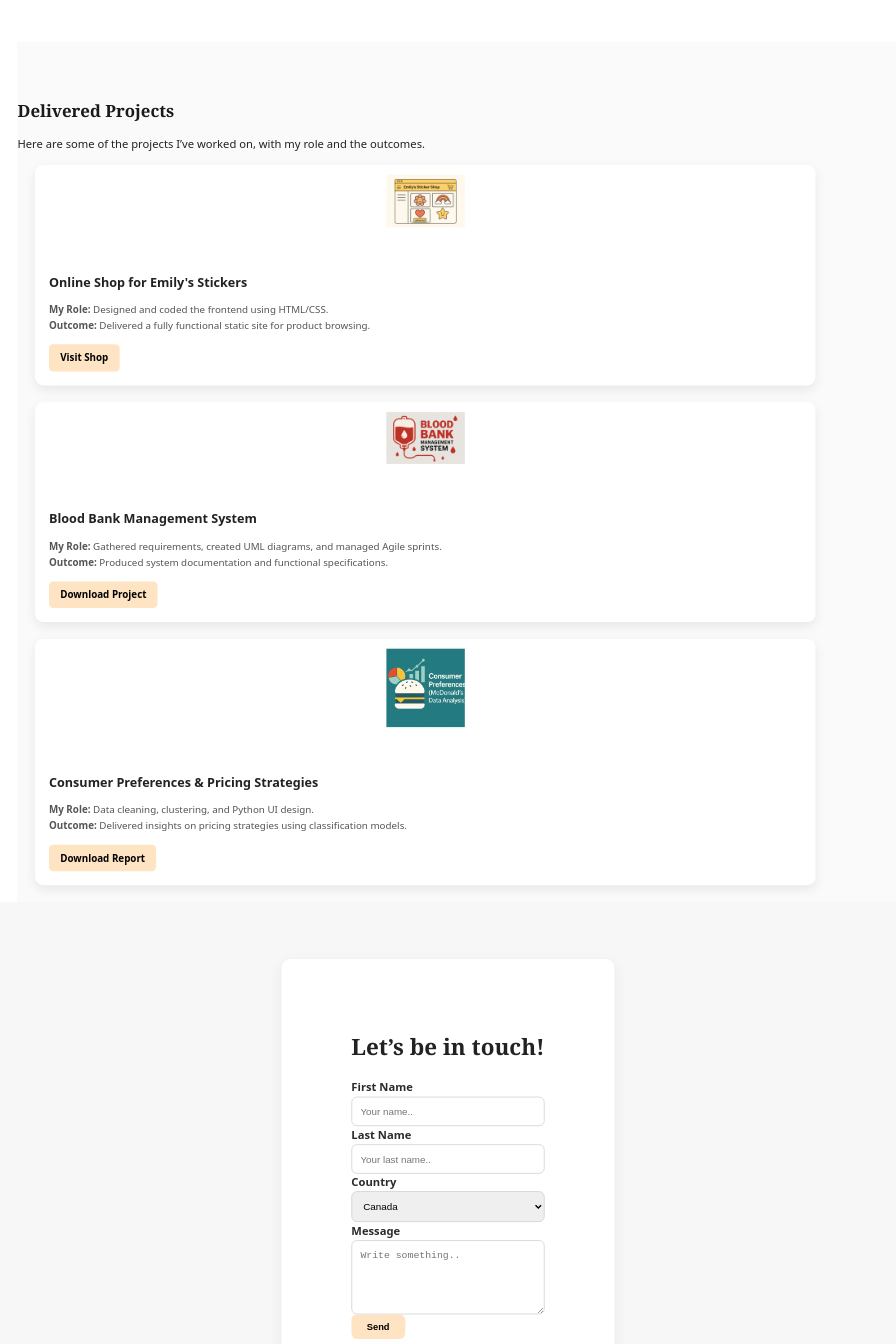
Repository: rozhinasaberi/MyPortfolio
Page: / (app in client/)
These files come from the project's save history. The page is drawn as it stood at one moment and after the next save; the edit follows.
The browser window is 1280 px wide. The pictures show the part of the page from y = 3214 to 5134 px (the page is 5308 px tall before and 5541 px after), at 70% of full size.
The project was rebuilt for these pictures with package versions that can differ from the ones it lists, and the page was loaded fresh each time.

Above is the page before, as saved 2025-09-17 06:15:20.

### client/index.html
<!doctype html>
<html lang="en">
  <head>
    <meta charset="UTF-8" />
    <link rel="icon" type="image/svg+xml" href="/vite.svg" />
    <meta name="viewport" content="width=device-width, initial-scale=1.0" />
    <title>Vite + React</title>
  </head>
  <body>
    <div id="root"></div>
    <script type="module" src="/src/main.jsx"></script>
    <script src="https://cdn.jsdelivr.net/npm/bootstrap@5.2.3/dist/js/bootstrap.bundle.min.js" crossorigin="anonymous"></script>

  </body>
</html>

### client/src/main.jsx
import React from "react";
import ReactDOM from "react-dom/client";
import App from "./App.jsx";
import "./midterm1.css"; // ✅ make sure CSS is loaded

ReactDOM.createRoot(document.getElementById("root")).render(
  <React.StrictMode>
    <App />
  </React.StrictMode>
);

### client/src/App.jsx
import React from "react";
import logo from "./assets/logo.png";
import photo from "./assets/photo.jpg";
import "./midterm1.css";
import shop from "./assets/shop.png";
import bloodbank from "./assets/bloodbank.png";
import price from "./assets/price.png";


export default function App() {
  return (
    <>
      {/* ===== Navbar ===== */}
      <header id="header" className="fixed-top">
        <nav className="navbar container">
          {/* Logo */}
          <a href="#home" className="navbar-brand d-flex align-items-center gap-2">
            <img src="src/assets/logo.png" alt="Rojina Logo" style={{ height: 40 }} />
            <span className="brand-text"></span>
          </a>

          <ul className="nav ms-auto">
            <li className="nav-item"><a className="nav-link" href="#home">Home</a></li>
            <li className="nav-item"><a className="nav-link" href="#about">About Me</a></li>
            <li className="nav-item"><a className="nav-link" href="#services">Services</a></li>
            <li className="nav-item"><a className="nav-link" href="#projects">Projects</a></li>
            <li className="nav-item"><a className="nav-link" href="#form">Contact</a></li>
          </ul>
        </nav>
      </header>

      {/* ===== Hero Section ===== */}
      <section id="home" className="home">
        <div className="container h-100">
          <div className="row h-100 hero-row">
            {/* Photo Left */}
            <div className="container">
    <h1>Welcome to My Portfolio</h1>
    <p className="lead">
      Hi, I’m <strong>Rojina Saberi</strong>. I want to contribute my abilities to a forward thinking firm that values innovation, cooperation, and growth.
    </p>
    <p className="mission"> My mission is to leverage technology to create impactful, efficient, and meaningful digital experiences.

    </p>
    <a href="#about" className="btn btn-visitpage">
      Learn More About Me
    </a>
  </div>
          </div>
        </div>
      </section>
      <section id="home" className="home-section text-center">

</section>

{/* ABOUT Section */}
<section id="about" className="aboutsection about-stack">
  <div className="container">
    <div className="about-stack-inner">
      {/* Photo TOP */}
      <img src="src/assets/photo.jpg" alt="Rojina" className="hero-photo" />

      {/* Name */}
      <h1 className="hero-title">Rojina Saberi</h1>

      {/* Short subtitle */}
      <p className="hero-subtitle">Software Developer and IT Analyst</p>

      {/* Socials */}
      <div className="list-social">
        <a href="#"><i className="bi bi-facebook"></i></a>
        <a href="#"><i className="bi bi-twitter"></i></a>
        <a href="https://www.linkedin.com/in/rojinasaberi/"><i className="bi bi-linkedin"></i></a>
      </div>
    </div>

    {/* About container below profile */}
    <div className="about-container">
      <h2>
      Detail-oriented and solution-driven IT expert with a solid background in technical support, system administration, and enterprise
technologies, as well as hands-on experience resolving user issues in fast-paced work environments. With a degree in information
technology from York University and hands-on expertise gained through a high-impact internship at Green Infrastructure
Partners, I provide a unique combination of academic knowledge and practical experience. I am an expert in Microsoft 365,
Active Directory, Intune, and network support, and I specialize at translating technical issues into clear, effective solutions for
customers. I am known for my flexibility, communication skills, and enthusiasm for continuous development, and I am dedicated
to improving operational efficiency and providing safe, efficient IT infrastructure.
      </h2>
      <p>
        Seeking opportunities to provide IT and administrative support for infrastructure,
        project management, or application teams.
      </p>
      <a href="src/assets/Rojina-Saberi.pdf (1).pdf" className="btn-visitpage">Resume</a>
    </div>
  </div>
</section>



      {/* ===== Skills Section ===== */}
      <section id="services" className="Servicesection">
        <div className="container text-center">
          <h4 className="h4-heading">Services</h4>
          <p className="p-heading">
            Skilled in Python, C, Java, JavaScript, HTML, CSS, and database management (MySQL).
            Experienced with VS Code, SQL Developer, Eclipse, and MDM tools.
          </p>

          <div className="row g-3">
            <div className="col-md-3"><div className="text-box"><h4>Technical Support & Helpdesk</h4><p>Friendly, fast resolution for laptops, apps, accounts, and onboarding.</p>
          <ul>
            <li>Ticket triage & remote assistance</li>
            <li>User onboarding & knowledge sharing</li>
          </ul></div></div>
            <div className="col-md-3"><div className="text-box"><h4>Systems & Administration</h4> <p>Keep org systems healthy and compliant across users and devices.</p>
          <ul>
            <li>Active Directory, M365, Intune</li>
            <li>Asset & mobile device management</li>
          </ul></div></div>
            <div className="col-md-3"><div className="text-box"><h4>Networking & Security</h4><p>Stable connectivity with strong identity, access, and endpoint protection.</p>
          <ul>
            <li>LAN/WAN, VLANs, VPN, Cisco switches</li>
            <li>MFA, DLP, endpoint protection</li>
          </ul></div></div>
            <div className="col-md-3"><div className="text-box"><h4>Data & Cloud </h4><p>Backups, BI, and cloud services to keep your data useful and safe.</p>
          <ul>
            <li>Azure/AWS/GCP basics, VMware</li>
            <li>Backups, security, and BI dashboards</li>
          </ul></div></div>
          <div className="col-md-3"><div className="text-box"><h4>Software Development</h4><p>From scripts to web apps with clean APIs and secure data access.</p>
          <ul>
            <li>Python, Java, JavaScript (React/Node)</li>
            <li>MySQL/Oracle/MongoDB, REST APIs</li>
          </ul></div></div>
          <div className="col-md-3"><div className="text-box"><h4>Networking & Security</h4><p>Stable connectivity with strong identity, access, and endpoint protection.</p>
          <ul>
            <li>LAN/WAN, VLANs, VPN, Cisco switches</li>
            <li>MFA, DLP, endpoint protection</li>
          </ul></div></div>
          <div className="col-md-3"><div className="text-box"><h4>Documentation & Process</h4><p>Clear docs and Agile habits so teams move quickly and consistently.</p>
          <ul>
            <li>Runbooks, SOPs, A/B fixes & retros</li>
            <li>JIRA, ServiceNow, Notion, MS Project</li>
          </ul></div></div>

          </div>
        </div>
      </section>

      {/* ===== Projects Section ===== */}
      <section id="projects" className="Projectsection">
  <div className="container">
    <h2 className="h2-heading">Delivered Projects</h2>
    <p className="p-heading">Here are some of the projects I’ve worked on, with my role and the outcomes.</p>

    <div className="row g-4">
      {/* Project 1 */}
      <div className="col-lg-4 col-md-6">
        <div className="card project-card">
          <img src={shop} className="card-img-top" alt="Sticker Shop" />
          <div className="card-body">
            <h5 className="card-title">Online Shop for Emily's Stickers</h5>
            <p className="card-text">
              <strong>My Role:</strong> Designed and coded the frontend using HTML/CSS.
              <br />
              <strong>Outcome:</strong> Delivered a fully functional static site for product browsing.
            </p>
            <a href="https://rozhinasaberi.github.io/ITEC3020a1/" className="btn btn-visitpage">Visit Shop</a>
          </div>
        </div>
      </div>

      {/* Project 2 */}
      <div className="col-lg-4 col-md-6">
        <div className="card project-card">
          <img src={bloodbank} className="card-img-top" alt="Blood Bank" />
          <div className="card-body">
            <h5 className="card-title">Blood Bank Management System</h5>
            <p className="card-text">
              <strong>My Role:</strong> Gathered requirements, created UML diagrams, and managed Agile sprints.
              <br />
              <strong>Outcome:</strong> Produced system documentation and functional specifications.
            </p>
            <a href="src/assets/Project_07_Full Plan_WomenInTech.docx.pdf" className="btn btn-visitpage">Download Project</a>
          </div>
        </div>
      </div>

      {/* Project 3 */}
      <div className="col-lg-4 col-md-6">
        <div className="card project-card">
          <img src={price} className="card-img-top" alt="McDonald's Data Analysis" />
          <div className="card-body">
            <h5 className="card-title">Consumer Preferences & Pricing Strategies</h5>
            <p className="card-text">
              <strong>My Role:</strong> Data cleaning, clustering, and Python UI design.
              <br />
              <strong>Outcome:</strong> Delivered insights on pricing strategies using classification models.
            </p>
            <a href="src/assets/ITEC 4230 Report.pdf" className="btn btn-visitpage">Download Report</a>
          </div>
        </div>
      </div>
    </div>
  </div>
</section>


      {/* ===== Contact Section ===== */}
      <section id="form">
        <div className="container">
          <h2 className="text-center mb-4">Let’s be in touch!</h2>
          <form onSubmit={(e) => e.preventDefault()} className="mx-auto" style={{ maxWidth: 720 }}>
            <div className="mb-3">
              <label htmlFor="fname" className="form-label">First Name</label>
              <input type="text" className="form-control" id="fname" placeholder="Your name.." />
            </div>
            <div className="mb-3">
              <label htmlFor="lname" className="form-label">Last Name</label>
              <input type="text" className="form-control" id="lname" placeholder="Your last name.." />
            </div>
            <div className="mb-3">
              <label htmlFor="country" className="form-label">Country</label>
              <select id="country" className="form-select" defaultValue="canada">
                <option value="canada">Canada</option>
                <option value="uk">UK</option>
                <option value="usa">USA</option>
              </select>
            </div>
            <div className="mb-3">
              <label htmlFor="subject" className="form-label">Message</label>
              <textarea id="subject" className="form-control" placeholder="Write something.." rows="5"></textarea>
            </div>
            <button type="submit" className="btn btn-visitpage">Send</button>
          </form>
        </div>
      </section>
    </>
  );
}

### client/src/midterm1.css
/* ===========================
   Global / Base
   =========================== */
   :root {
    --header-h: 70px;
    --accent: bisque;
    --text: #222;
    --muted: #555;
    --bg: #fff;
    --bg-soft: #f7f7f7;
    --bg-alt: #fafafa;
  }

  * { box-sizing: border-box; }
  html, body { height: 100%; }

  body {
    margin: 0;
    font-family: "Poppins", system-ui, -apple-system, Segoe UI, Roboto, Arial, sans-serif;
    color: var(--text);
    background: var(--bg);
    line-height: 1.6;
    padding-top: var(--header-h);   /* clears fixed header */
  }

  h1, h2, h3, h4 {
    font-family: "Playfair Display", Georgia, serif;
    color: #1a1a1a;
    margin: 0 0 .5rem 0;
  }

  /* Container max width harmony with Bootstrap */
  .container { max-width: 1140px; }

  /* ===========================
     Header / Navbar
     =========================== */
  #header {
    position: fixed;
    top: 0; left: 0; right: 0;
    height: var(--header-h);
    background: var(--accent);
    display: flex;
    align-items: center;
    z-index: 1000;
    box-shadow: 0 2px 8px rgba(0,0,0,.08);
  }

  .logo img {
    max-height: 40px; }

  .navbar ul {

    margin: 0; padding: 0;
    list-style: none;
    display: flex; align-items: center; gap: 18px;
  }

  .navbar a, .nav-link {

    margin-left: 20px;
    text-decoration: none;
    font-size: 14px;
    font-weight: 600;
    color: #444 !important;
    transition: color .2s ease;
  }
  .navbar a:hover { color: #000 !important; }

  /* ===========================
     Hero (intro) — full height
     =========================== */
  .home {

    display: flex;
    min-height: 100vh;               /* fill viewport */
    align-items: center;
    justify-content: center;
    margin-left: 20px;

  }
  .home-section {
    background: #fafafa;
    margin-top: -100px;

  }

  .home-section h1 {
    font-size: 36px;
    margin-bottom: 16px;
    color: #222;
  }

  .home-section .lead {
    font-size: 18px;
    color: #555;
    margin-bottom: 20px;
  }

  .home-section .mission {
    font-size: 16px;
    font-style: italic;
    color: #444;
    margin-bottom: 30px;
  }

  .home-section .btn-visitpage {
    background: bisque;
    border-radius: 8px;
    padding: 12px 24px;
    font-weight: bold;
  }

  .hero-photo {
    max-width: 220px;       /* nice medium size */
    width: 100%;
    height: auto;
    border-radius: 12px;
    margin: 0 auto 20px auto;   /* center photo + spacing below */
    display: block;
    object-fit: cover;
    box-shadow: 0 6px 16px rgba(0,0,0,.12);
  }


  .hero-title {
    font-size: clamp(28px, 4vw, 36px);
    font-weight: 700;
    color: #222;
    margin-bottom: 8px;
  }
  .hero-subtitle {
    font-size: 18px;
    color: #555;
    margin-bottom: 20px;
  }


  .list-social { display: flex; gap: 14px; }
  .list-social a {
    font-size: 20px;
    color: #333 !important;
    text-decoration: none;
  }
  .list-social a:hover { color: #000 !important; }




  /* ===========================
     About — full height card
     =========================== */
  .aboutsection {
    background: var(--bg-soft);
    min-height: 100vh;               /* fill viewport */
    display: flex;
    align-items: center;
    justify-content: center;
    padding: 60px 0;
    margin-top: -140px;

  }

  .about-container {
    align-items: center;
    justify-content: center;

    background: #fff;
    border-radius: 12px;
    border: 1px solid #eee;
    box-shadow: 0 10px 24px rgba(0,0,0,.06);
    padding: 40px 32px;
    text-align: left;
  }

  .about-container h2 {
    font-size: clamp(18px, 2.5vw, 22px);  /* smaller heading */
    color: #222;
    margin-bottom: 12px;
    line-height: 1.4;
  }
  .about-container p {
    margin: 0 0 18px 0;
    color: var(--muted);
    line-height: 1.7;
  }



  /* Button */
  .btn-visitpage {
    display: inline-block;
    background: var(--accent);
    border: none;
    color: #000;
    font-weight: 600;
    padding: 10px 22px;
    border-radius: 8px;
    text-decoration: none;
    transition: background .2s ease, transform .05s ease;
  }
  .btn-visitpage:hover { background: #e6cfa9; }
  .btn-visitpage:active { transform: scale(.98); }

  /* ===========================
     Skills / Services section
     =========================== */
  .Servicesection {

    background: #fff;
    padding: 80px 0;
    min-height: 100vh;               /* fill viewport */
    display: flex;
    align-items: center;
    justify-content: center;
    margin-top: -80px;

  }
  .Servicesection .h4-heading {
    text-align: center;
    margin-bottom: 8px;
  }
  .Servicesection .p-heading {
    text-align: center;
    margin-bottom: 28px;
    color: var(--muted);
  }
  .text-box {
    padding: 24px 16px;
    border: 2px solid beige;
    border-radius: 10px;
    background: #fff;
    text-align: center;
    height: 100%;
  }

  /* ===========================
     Projects
     =========================== */
/* ===========================
   Projects Section
   =========================== */
   .Projectsection {
    padding: 80px 0;
    background: #fafafa;
    margin-left: 25px;
  }

  .Projectsection .row {
    margin: 0 -12px;         /* balance spacing */
  }

  .Projectsection .col-lg-4,
  .Projectsection .col-md-6 {
    padding: 0 12px;         /* horizontal gap between cards */
    margin-bottom: 24px;     /* vertical spacing */
    margin-left: 25px;
  }

  .project-card {
    border: none;
    border-radius: 12px;
    overflow: hidden;
    background: #fff;
    box-shadow: 0 6px 16px rgba(0,0,0,.08);
    transition: transform .2s ease, box-shadow .2s ease;
  }

  .project-card:hover {
    transform: translateY(-5px);
    box-shadow: 0 10px 22px rgba(0,0,0,.12);
  }


.Projectsection .card-img-top,
#Project .card-img-top {
  max-width: 120px !important;
  max-height: 120px !important;

  object-fit: contain;
  display: block;
  margin: 10px auto;
  padding: 4px;
  background: #fff;
}



  .project-card .card-body {
    padding: 20px;
    text-align: left;
  }

  .project-card .card-title {
    font-size: 18px;
    font-weight: 600;
    margin-bottom: 10px;
  }

  .project-card .card-text {
    font-size: 14px;
    color: #555;
    margin-bottom: 16px;
  }

  .project-card .btn-visitpage {
    background: bisque;
    border: none;
    padding: 8px 16px;
    font-size: 14px;
    border-radius: 6px;
    font-weight: 600;
    transition: background .2s ease;
  }

  .project-card .btn-visitpage:hover {
    background: #e6cfa9;
  }


  /* ===========================
     Contact / Form
     =========================== */
 /* ===========================
   Contact / Form
   =========================== */
#form {
    background: #f7f7f7;        /* light grey to separate section */
    padding: 80px 0;
    min-height: 100vh;               /* fill viewport */
    display: flex;
    align-items: center;
    justify-content: center;
    margin-top: -80px;

  }

  #form .container {
    max-width: 900px;
    background: #fff;
    border-radius: 14px;
    border: 1px solid #eee;
    box-shadow: 0 8px 20px rgba(0,0,0,.06);
    padding:  100px;
  }
  #form .row {
    display: flex;
    flex-direction: column;   /* stack items vertically */
    gap: 16px;                /* spacing between boxes */
  }

  #form .item-form,
  #form .subject-form {
    width: 100%;
    margin: 0;                /* remove left/right float spacing */
  }

  #form input[type="text"],
  #form select,
  #form textarea {
    width: 100%;              /* make every box full-width */
    display: block;
  }
  #form h2 {
    font-family: "Playfair Display", Georgia, serif;
    font-size: clamp(22px, 3vw, 32px);
    text-align: center;
    margin-bottom: 20px;
    color: #222;
  }

  #form p {
    text-align: center;
    color: #666;
    margin-bottom: 30px;
  }

  #form .form-label {
    font-weight: 600;
    margin-bottom: 6px;
    color: #2b2b2b;
  }

  #form .form-control,
  #form .form-select,
  #form textarea {
    border: 1px solid #ccc;
    border-radius: 8px;
    padding: 12px;
    font-size: 14px;
    transition: border-color .2s ease, box-shadow .2s ease;
  }

  #form .form-control:focus,
  #form .form-select:focus,
  #form .form-select:focus {
    outline: none;
    border-color: #c9a873;
    box-shadow: 0 0 0 4px rgba(201,168,115,.15);
  }

  #form .contact-actions {
    margin-top: 20px;
    text-align: right;
  }

  #form .btn-visitpage {
    background: bisque;
    color: #000;
    font-weight: 600;
    border-radius: 8px;
    padding: 10px 22px;
    transition: background .2s ease, transform .05s ease;
  }

  #form .btn-visitpage:hover {
    background: #e6cfa9;
  }
  #form .btn-visitpage:active {
    transform: scale(.98);
  }

After the next save:
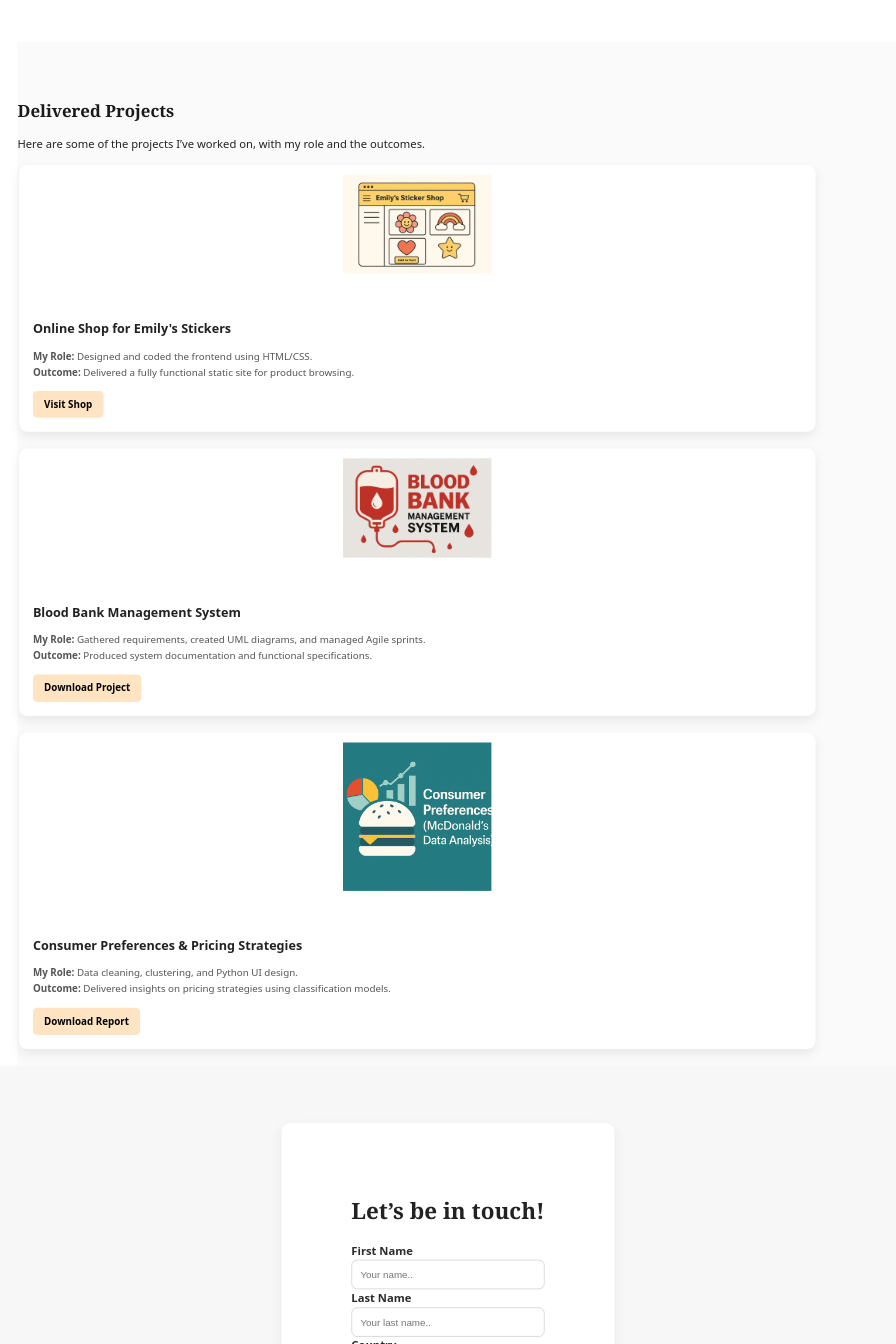
Saved 33 s later.
--- a/client/src/midterm1.css
+++ b/client/src/midterm1.css
@@ -254,7 +254,7 @@
   .Projectsection .col-md-6 {
     padding: 0 12px;         /* horizontal gap between cards */
     margin-bottom: 24px;     /* vertical spacing */
-    margin-left: 25px;
+    margin-left: 2px;
   }
 
   .project-card {
@@ -274,9 +274,10 @@
 
 .Projectsection .card-img-top,
 #Project .card-img-top {
-  max-width: 120px !important;
-  max-height: 120px !important;
-
+  max-width: 220px !important;
+  max-height: 220px !important;
+  width: auto !important;
+  height: auto !important;
   object-fit: contain;
   display: block;
   margin: 10px auto;
